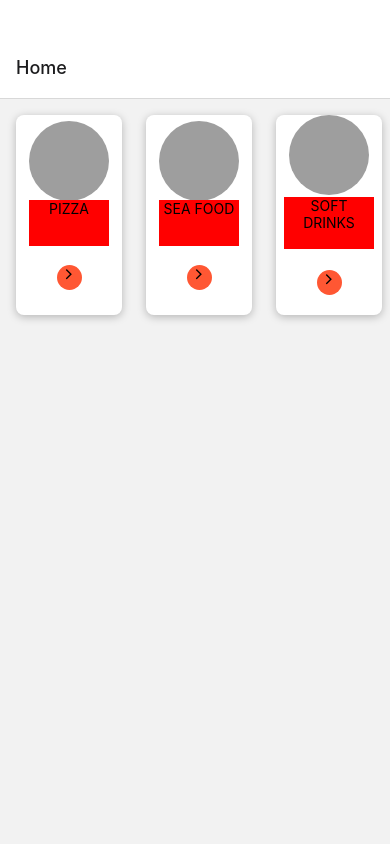
Repository: Esraa22M/ReactNative
Screen: /
The author's editor kept a copy of each file at every save. The screen is drawn from the files as they stood at one save, then again after the next save.
Pictures or frames that could not be fetched are drawn as grey boxes. The app was drawn by React Native's web renderer in a window 390 px wide. The project was rebuilt for these pictures with package versions that can differ from the ones it lists, and the page was loaded fresh each time. Also part of the build but not shown: src/components/header/header.component.js, src/colors/front-screen-colors/user-auth-colors.js, src/components/header/header.styles.js, src/components/textInput/textInput.styles.js, src/components/textInput/textInput.components.jsx, src/components/singup-form-body/singup-form-body.components.js, src/screens/front-screen/Singup/singup-screen.screens.jsx, src/authentication/api/login-info.js and 2 more.

Above is the screen before, as saved 2023-09-21 02:36:09.

### App.js
import { SafeAreaView } from "react-native";
import { singupStyles } from "./src/screens/front-screen/Singup/singup-screen.styles";
import { Singup } from "./src/screens/front-screen/Singup/singup-screen.screens";
import UserCard from "./src/screens/front-screen/user-card/user-card.screens";
import { NavigationContainer } from "@react-navigation/native";
import { createStackNavigator } from "@react-navigation/stack";
import { Home } from "./src/screens/front-screen/home/home.screens";
const Stack = createStackNavigator();
export default function App() {
  return (
    <SafeAreaView style={singupStyles.container}>
      {/* <UserCard /> */}
      <NavigationContainer>
        <Stack.Navigator>
          <Stack.Screen name="Home" component={Home} />
        </Stack.Navigator>
      </NavigationContainer>
    </SafeAreaView>
  );
}

### src/screens/front-screen/Singup/singup-screen.styles.jsx
import { StyleSheet } from "react-native";
export const singupStyles = StyleSheet.create({
  container: { flex: 1, marginTop: 35 },
});

### src/screens/front-screen/home/home.screens.js
import { View, Text } from "react-native";
import { Categories } from "../../../components/categories/categories.components";
export const Home = () => {
  return (
    <>
      <Categories />
    </>
  );
};

### src/components/categories/categories.components.js
import { categories } from "../../data/dummay__data";
import { FlatList } from "react-native";
import { CategoryItem } from "./category-item.components";
export const Categories = () => {
  function renderCategoryItem(itemData) {
    return <CategoryItem item={itemData.item} />;
  }
  return (
    <FlatList
      numColumns={3}
      data={categories}
      renderItem={renderCategoryItem}
      keyExtractor={(item) => item.id}
    />
  );
};

### src/data/dummay__data.js
import { Category } from "../modal/category.modals";
export const categories = [
  new Category(
    "1pizza",
    "Pizza",
    "https://img.freepik.com/free-vector/flying-slice-pizza-cartoon-vector-illustration-fast-food-concept-isolated-vector-flat-cartoon-style_138676-1934.jpg?w=740&t=st=1695067102~exp=1695067702~hmac=7d47136b0dff2be87480dc1a22a28658daa67f706d90b59d117303a312dc6c16"
  ),
  new Category(
    "sea_food2",
    "sea food",
    "https://img.freepik.com/free-vector/seafood-products-set_98292-1624.jpg?w=740&t=st=1695067277~exp=1695067877~hmac=62082bdd900b5c830349f2bb8f3cd3466fcfb5395c4f24459194aeaeb256cb2c"
  ),
  new Category(
    "3softDrinks",
    "soft drinks",
    "https://img.freepik.com/free-vector/soda-cups-drink_24877-57922.jpg?w=740&t=st=1695067422~exp=1695068022~hmac=60b80d144880f8a8413a85c867ecfc35a38170c71354acfc84aa5b82ae30d594"
  ),
];

### src/components/categories/category-item.components.js
import { View, Text, Image, StyleSheet, Pressable } from "react-native";
import { HomeColors } from "../../colors/front-screen-colors/home-colors";
import { IconButton } from "../icon-button/icon-button.components";
export const CategoryItem = ({ item }) => {
  const { name, image } = item;
  console.log(item);
  return (
    <View style={styles.container}>
      <Pressable>
        <View style={styles.imageContainer}>
          <Image source={{ uri: image }} style={styles.image} />
        </View>
        <Text style={styles.categoryName}>{name}</Text>
        <View style={styles.iconContainer}>
          <IconButton name="angle-right" size={18} style={styles.angleRight} />
        </View>
      </Pressable>
    </View>
  );
};
const styles = StyleSheet.create({
  container: {
    flex: 1,
    height: 200,
    justifyContent: "space-around",
    flexDirection: "column",
    backgroundColor: HomeColors.LIGHT_COLOR,
    alignItems: "center",
    shadowColor: "black",
    shadowOpacity: 0.25,
    shadowOffset: { width: 0, height: 2 },
    shadowRadius: 8,
    marginVertical: 16,
    marginLeft: 16,
    marginRight: 8,
    elevation: 4,
    alignItems: "center",
    borderRadius: 8,
  },
  imageContainer: {
    flex: 1,
    margin: 8,
    justifyContent: "center",
    alignItems: "center",
  },
  image: { width: 80, height: 80, borderRadius: 80 / 2 },
  categoryName: {
    textTransform: "uppercase",
    justifyContent: "center",
    textAlign: "center",
    backgroundColor: "red",
    alignItems: "center",
    flexDirection: "column",
    margin: 8,
    flex: 1,
  },
  angleRight: {
    backgroundColor: HomeColors.DARK_COLOR,
    alignItems: "center",
    width: 25,
    height: 25,
    borderRadius: 25 / 2,
    margin: 8,
  },
  iconContainer: {
    justifyContent: "center",
    alignItems: "center",
    textAlign: "center",
    flex: 1,
  },
});

### src/modal/category.modals.js
export class Category {
  constructor(id, name, image) {
    this.id = id;
    this.name = name;
    this.image = image;
  }
}

### src/colors/front-screen-colors/home-colors.js
export const HomeColors = {
  LIGHT_COLOR: "white",
  ACTIVE_COLOR: "#FFBF00",
  DARK_COLOR: "#FF5733",
};

### src/components/icon-button/icon-button.components.js
import { Pressable, StyleSheet } from "react-native";
import { FontAwesome } from "@expo/vector-icons";
export const IconButton = ({ name, color, size, ...props }) => {
  return (
    <Pressable {...props}>
      <FontAwesome name={name} size={size} color={color}></FontAwesome>
    </Pressable>
  );
};

After the next save:
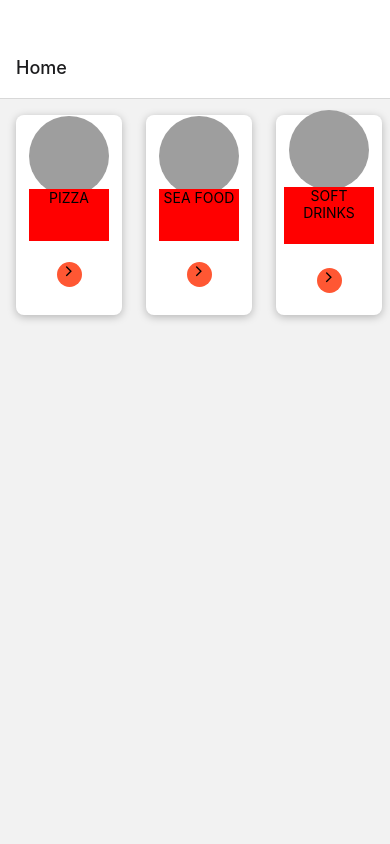
Saved 31 s later.
--- a/src/components/categories/category-item.components.js
+++ b/src/components/categories/category-item.components.js
@@ -39,11 +39,10 @@ const styles = StyleSheet.create({
   },
   imageContainer: {
     flex: 1,
-    margin: 8,
     justifyContent: "center",
     alignItems: "center",
   },
-  image: { width: 80, height: 80, borderRadius: 80 / 2 },
+  image: { width: 80, height: 80, borderRadius: 80 / 2, margin: 8 },
   categoryName: {
     textTransform: "uppercase",
     justifyContent: "center",
